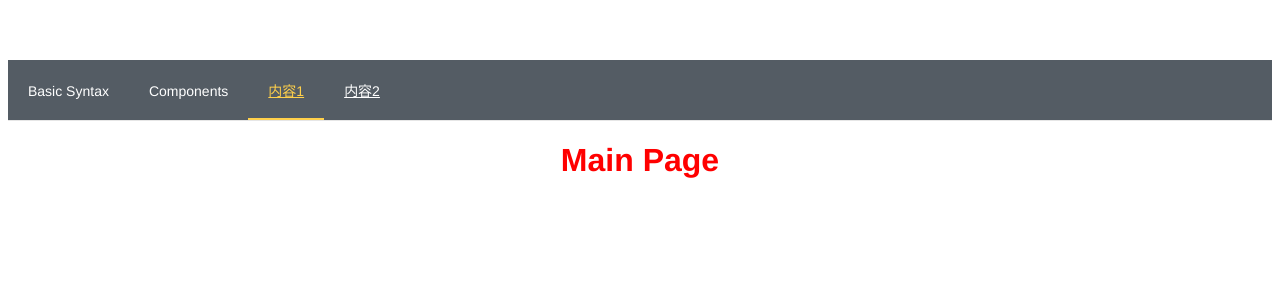
Repository: yuyiyong/study.vue
Page: /#/
The author's editor kept a copy of each file at every save. The page is drawn from the files as they stood at one save, then again after the next save.
The browser window is 1280 px wide. The pictures show the whole page.
The project was rebuilt for these pictures with package versions that can differ from the ones it lists, and the page was loaded fresh each time. Also part of the build but not shown: src/pages/Login/Login.vue, src/pages/Containt/Containt1.vue, src/pages/Containt/Containt2.vue.

Above is the page before, as saved 2021-03-09 17:14:01.

### index.html
<!DOCTYPE html>
<html>
  <head>
    <meta charset="utf-8">
    <meta name="viewport" content="width=device-width,initial-scale=1.0">
    <title>element_test</title>
  </head>
  <body>
    <div id="app"></div>
    <!-- built files will be auto injected -->
  </body>
</html>

### src/main.js
/*
 * @Author: your name
 * @Date: 2021-03-08 17:56:46
 * @LastEditTime: 2021-03-09 14:18:59
 * @LastEditors: Please set LastEditors
 * @Description: In User Settings Edit
 * @FilePath: /element_test/src/main.js
 */
// The Vue build version to load with the `import` command
// (runtime-only or standalone) has been set in webpack.base.conf with an alias.
import Vue from 'vue'
import App from './App'
import router from './router'
import element from './element/index'
import 'element-ui/lib/theme-chalk/index.css'

Vue.config.productionTip = false
Vue.use(element)
/* eslint-disable no-new */
new Vue({
  el: '#app',
  router,
  components: { App },
  template: '<App/>'
})

### src/App.vue
<!--
 * @Author: your name
 * @Date: 2021-03-08 17:56:46
 * @LastEditTime: 2021-03-09 16:21:48
 * @LastEditors: yyy_dui
 * @Description: In User Settings Edit
 * @FilePath: /element_test/src/App.vue
-->
<template>
  <div id="app">
    <!-- <img src="./assets/logo.png"> -->
    <router-view/>
  </div>
</template>

<script>
export default {
  name: 'App'
}
</script>

<style>
#app {
  font-family: 'Avenir', Helvetica, Arial, sans-serif;
  -webkit-font-smoothing: antialiased;
  -moz-osx-font-smoothing: grayscale;
  text-align: center;
  color: #2c3e50;
  margin-top: 60px;
}
</style>

### src/router/index.js
/*
 * @LastEditors: yyy_dui
 * @LastEditTime: 2021-03-09 16:44:31
 * @FilePath: /element_test/src/router/index.js
 */

import Vue from 'vue'
import Router from 'vue-router'
// import HelloWorld from '@/components/HelloWorld'
import Main from '../pages/Main/Main.vue'
import Login from '../pages/Login/Login.vue'
import Containt1 from '../pages/Containt/Containt1.vue'
import Containt2 from '../pages/Containt/Containt2.vue'

Vue.use(Router)

export default new Router({
  routes: [
    {
      path: '/',
      name: 'Main',
      component: Main,
      children: [
        {
          path: '/containt1',
          component: Containt1
        },
        {
          path: '/containt2',
          component: Containt2
        }
      ]
    },
    {
      path: '/login',
      name: 'Login',
      // component: HelloWorld
      component: Login
    }
  ]
})

### src/element/index.js
/*
 * @Author: your name
 * @Date: 2021-03-08 18:29:00
 * @LastEditTime: 2021-03-09 14:24:49
 * @LastEditors: Please set LastEditors
 * @Description: In User Settings Edit
 * @FilePath: /element_test/src/element/index.js
 */
// 导入自己需要的组件
import {
  Pagination,
  Dialog,
  Autocomplete,
  Dropdown,
  DropdownMenu,
  DropdownItem,
  Menu,
  Submenu,
  MenuItem,
  MenuItemGroup,
  Input,
  InputNumber,
  Radio,
  RadioGroup,
  RadioButton,
  Checkbox,
  CheckboxButton,
  CheckboxGroup,
  Switch,
  Select,
  Option,
  OptionGroup,
  Button,
  ButtonGroup,
  Table,
  TableColumn,
  DatePicker,
  TimeSelect,
  TimePicker,
  Popover,
  Tooltip,
  Breadcrumb,
  BreadcrumbItem,
  Form,
  FormItem,
  Tabs,
  TabPane,
  Tag,
  Tree,
  Alert,
  Slider,
  Icon,
  Row,
  Col,
  Upload,
  Progress,
  Spinner,
  Badge,
  Card,
  Rate,
  Steps,
  Step,
  Carousel,
  CarouselItem,
  Collapse,
  CollapseItem,
  Cascader,
  ColorPicker,
  Transfer,
  Container,
  Header,
  Aside,
  Main,
  Footer,
  Timeline,
  TimelineItem,
  Link,
  Divider,
  Image,
  Calendar,
  Backtop,
  PageHeader,
  CascaderPanel,
  Loading,
  MessageBox,
  Message,
  Notification
} from 'element-ui'
// import 'element-ui/lib/theme-chalk/index.css'

const element = {
  install: function (Vue) {
    Vue.use(Pagination)
    Vue.use(Dialog)
    Vue.use(Autocomplete)
    Vue.use(Dropdown)
    Vue.use(DropdownMenu)
    Vue.use(DropdownItem)
    Vue.use(Menu)
    Vue.use(Submenu)
    Vue.use(MenuItem)
    Vue.use(MenuItemGroup)
    Vue.use(Input)
    Vue.use(InputNumber)
    Vue.use(Radio)
    Vue.use(RadioGroup)
    Vue.use(RadioButton)
    Vue.use(Checkbox)
    Vue.use(CheckboxButton)
    Vue.use(CheckboxGroup)
    Vue.use(Switch)
    Vue.use(Select)
    Vue.use(Option)
    Vue.use(OptionGroup)
    Vue.use(Button)
    Vue.use(ButtonGroup)
    Vue.use(Table)
    Vue.use(TableColumn)
    Vue.use(DatePicker)
    Vue.use(TimeSelect)
    Vue.use(TimePicker)
    Vue.use(Popover)
    Vue.use(Tooltip)
    Vue.use(Breadcrumb)
    Vue.use(BreadcrumbItem)
    Vue.use(Form)
    Vue.use(FormItem)
    Vue.use(Tabs)
    Vue.use(TabPane)
    Vue.use(Tag)
    Vue.use(Tree)
    Vue.use(Alert)
    Vue.use(Slider)
    Vue.use(Icon)
    Vue.use(Row)
    Vue.use(Col)
    Vue.use(Upload)
    Vue.use(Progress)
    Vue.use(Spinner)
    Vue.use(Badge)
    Vue.use(Card)
    Vue.use(Rate)
    Vue.use(Steps)
    Vue.use(Step)
    Vue.use(Carousel)
    Vue.use(CarouselItem)
    Vue.use(Collapse)
    Vue.use(CollapseItem)
    Vue.use(Cascader)
    Vue.use(ColorPicker)
    Vue.use(Transfer)
    Vue.use(Container)
    Vue.use(Header)
    Vue.use(Aside)
    Vue.use(Main)
    Vue.use(Footer)
    Vue.use(Timeline)
    Vue.use(TimelineItem)
    Vue.use(Link)
    Vue.use(Divider)
    Vue.use(Image)
    Vue.use(Calendar)
    Vue.use(Backtop)
    Vue.use(PageHeader)
    Vue.use(CascaderPanel)

    Vue.use(Loading.directive)

    Vue.prototype.$loading = Loading.service
    Vue.prototype.$msgbox = MessageBox
    Vue.prototype.$alert = MessageBox.alert
    Vue.prototype.$confirm = MessageBox.confirm
    Vue.prototype.$prompt = MessageBox.prompt
    Vue.prototype.$notify = Notification
    Vue.prototype.$message = Message
  }
}
export default element

### src/pages/Main/Main.vue
<!--
 * @LastEditors: yyy_dui
 * @LastEditTime: 2021-03-09 17:14:01
 * @FilePath: /element_test/src/pages/Main/Main.vue
-->
<template>
  <div>
    <Menus />
    <h1>
      {{ msg }}
    </h1>
    <router-view></router-view>
  </div>
</template>

<script>
import Menus from '../Layout/Menu/Menu'
export default {
  components: { Menus },
  name: 'Main',
  data () {
    return {
      msg: 'Main Page'
    }
  }
}
</script>

<style scoped>
h1 {
  color: red;
}
</style>

### src/pages/Layout/Menu/Menu.vue
<!--
 * @LastEditors: yyy_dui
 * @LastEditTime: 2021-03-11 17:42:21
 * @FilePath: /element_test/src/pages/Layout/Menu/Menu.vue
-->

<template>
  <div>
    <el-menu
      :default-active="activeIndex2"
      class="el-menu-demo"
      mode="horizontal"
      @select="handleSelect"
      background-color="#545c64"
      text-color="#fff"
      active-text-color="#ffd04b"
    >
     <el-menu-item index="10">
        <span @click="gotoRouteHandle('/basicSyntax')">Basic Syntax</span>
      </el-menu-item>
      <el-menu-item index="11">
        <span @click="gotoRouteHandle('/components')">Components</span>
      </el-menu-item>
      <el-menu-item index="1" route="/containt1">
        <router-link to="/containt1">内容1</router-link>
      </el-menu-item>
      <el-menu-item index="9" ><router-link to="/containt2">内容2</router-link></el-menu-item>

      <!-- <el-submenu index="2">
        <template slot="title">我的工作台</template>
        <el-menu-item index="2-1">选项1</el-menu-item>
        <el-menu-item index="2-2">选项2</el-menu-item>
        <el-menu-item index="2-3">选项3</el-menu-item>
        <el-submenu index="2-4">
          <template slot="title">选项4</template>
          <el-menu-item index="2-4-1">选项1</el-menu-item>
          <el-menu-item index="2-4-2">选项2</el-menu-item>
          <el-menu-item index="2-4-3">选项3</el-menu-item>
        </el-submenu>
      </el-submenu>
      <el-menu-item index="3" disabled>消息中心</el-menu-item>
      <el-menu-item index="4"
        ><a href="https://www.ele.me" target="_blank">订单管理</a></el-menu-item
      > -->
    </el-menu>
  </div>
</template>

<script>
export default {
  name: 'Menu',
  data () {
    return {
      activeIndex: '1',
      activeIndex2: '1'
    }
  },
  methods: {
    handleSelect (key, keyPath) {
      console.log(key, keyPath)
    },
    gotoRouteHandle (path) {
      this.$router.push({path})
    }
  }
}
</script>

<!-- Add "scoped" attribute to limit CSS to this component only -->
<style scoped></style>

After the next save:
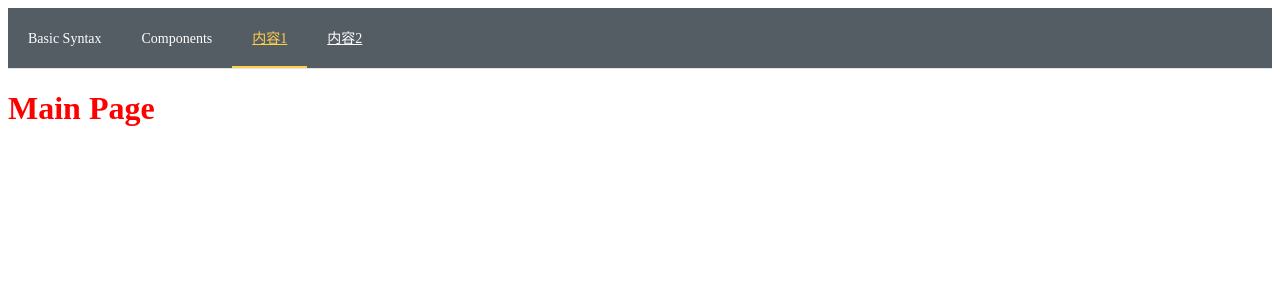
Saved 26 s later.
--- a/src/App.vue
+++ b/src/App.vue
@@ -1,7 +1,7 @@
 <!--
  * @Author: your name
  * @Date: 2021-03-08 17:56:46
- * @LastEditTime: 2021-03-09 16:21:48
+ * @LastEditTime: 2021-03-09 17:14:27
  * @LastEditors: yyy_dui
  * @Description: In User Settings Edit
  * @FilePath: /element_test/src/App.vue
@@ -21,11 +21,11 @@ export default {
 
 <style>
 #app {
-  font-family: 'Avenir', Helvetica, Arial, sans-serif;
+  /* font-family: 'Avenir', Helvetica, Arial, sans-serif;
   -webkit-font-smoothing: antialiased;
   -moz-osx-font-smoothing: grayscale;
   text-align: center;
   color: #2c3e50;
-  margin-top: 60px;
+  margin-top: 60px; */
 }
 </style>
